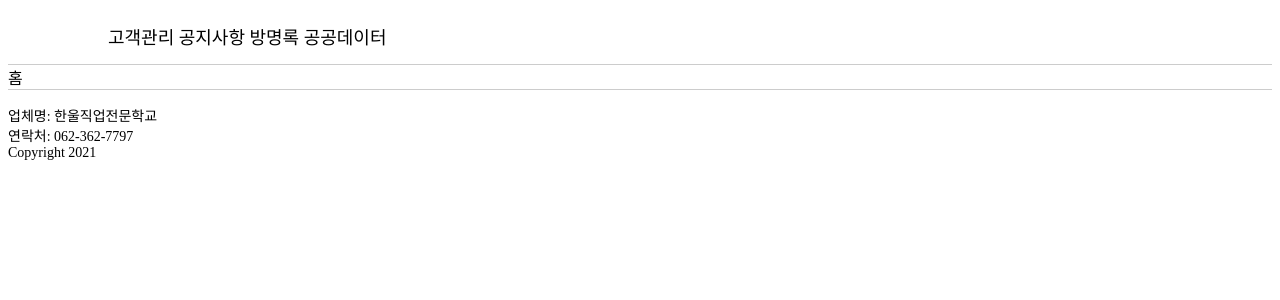
Repository: JSY93/spring-web
Page: http://localhost/iot/
The author's editor kept a copy of each file at every save. The page is drawn from the files as they stood at one save, then again after the next save.
The browser window is 1280 px wide. The pictures show the whole page.
The page is served by Tomcat 9. Other server files are loaded and not shown.

Above is the page before, as saved 2021-01-07 05:12:01.

### Study_Spring/iot/src/main/webapp/WEB-INF/views/home.jsp
<%@ taglib uri="http://java.sun.com/jsp/jstl/core" prefix="c" %>
<%@ page language="java" contentType="text/html; charset=UTF-8"
    pageEncoding="UTF-8"%>
<html>
<head>
	<title>Home</title>
</head>
<body>
<jsp:include page="/WEB-INF/views/include/header.jsp" />

<div id='content'>
홈
</div>

<jsp:include page="/WEB-INF/views/include/footer.jsp" />
</body>
</html>

### Study_Spring/iot/src/main/webapp/WEB-INF/views/include/header.jsp
<%@ page language="java" contentType="text/html; charset=UTF-8"
    pageEncoding="UTF-8"%>
<header style='border-bottom:1px solid #ccc; padding:15px 0; text-align:left'>
	<div class='category' style='margin-left:100px'>
	<ul>
		<li>고객관리</li>
		<li>공지사항</li>
		<li>방명록</li>
		<li>공공데이터</li>
	</ul>
	</div>
</header>
<style>
header ul, header ul li {
	margin:0; padding:0; display:inline }
.category { font-size:18px }
</style>

### Study_Spring/iot/src/main/webapp/WEB-INF/views/include/footer.jsp
<%@ page language="java" contentType="text/html; charset=UTF-8"
    pageEncoding="UTF-8"%>
<footer style='font-size:14px; border-top:1px solid #ccc; padding:15px 0;'>
	<div>업체명: 한울직업전문학교</div>
	<div>연락처: 062-362-7797</div>
	<div>Copyright 2021</div>
</footer>

After the next save:
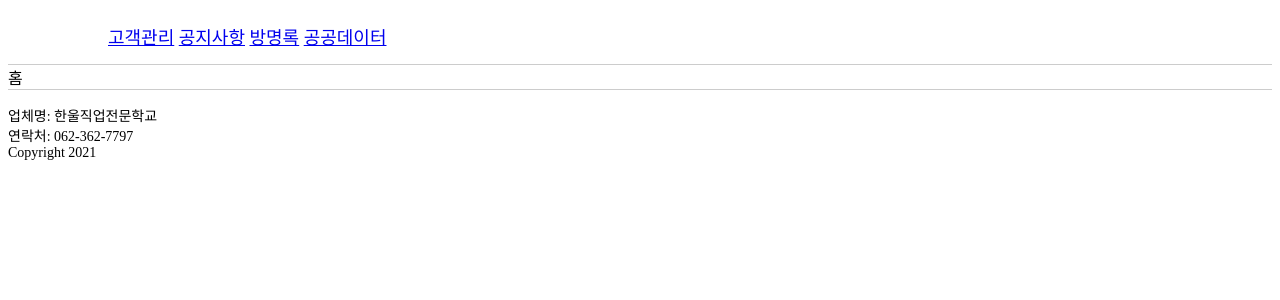
Saved 84 s later.
--- a/Study_Spring/iot/src/main/webapp/WEB-INF/views/include/header.jsp
+++ b/Study_Spring/iot/src/main/webapp/WEB-INF/views/include/header.jsp
@@ -3,10 +3,10 @@
 <header style='border-bottom:1px solid #ccc; padding:15px 0; text-align:left'>
 	<div class='category' style='margin-left:100px'>
 	<ul>
-		<li>고객관리</li>
-		<li>공지사항</li>
-		<li>방명록</li>
-		<li>공공데이터</li>
+		<li><a href='list.cu'>고객관리</a></li>
+		<li><a href='list.no'>공지사항</a></li>
+		<li><a href='list.bo'>방명록</a></li>
+		<li><a href='list.da'>공공데이터</a></li>
 	</ul>
 	</div>
 </header>
@@ -14,4 +14,5 @@
 header ul, header ul li {
 	margin:0; padding:0; display:inline }
 .category { font-size:18px }
+
 </style>
